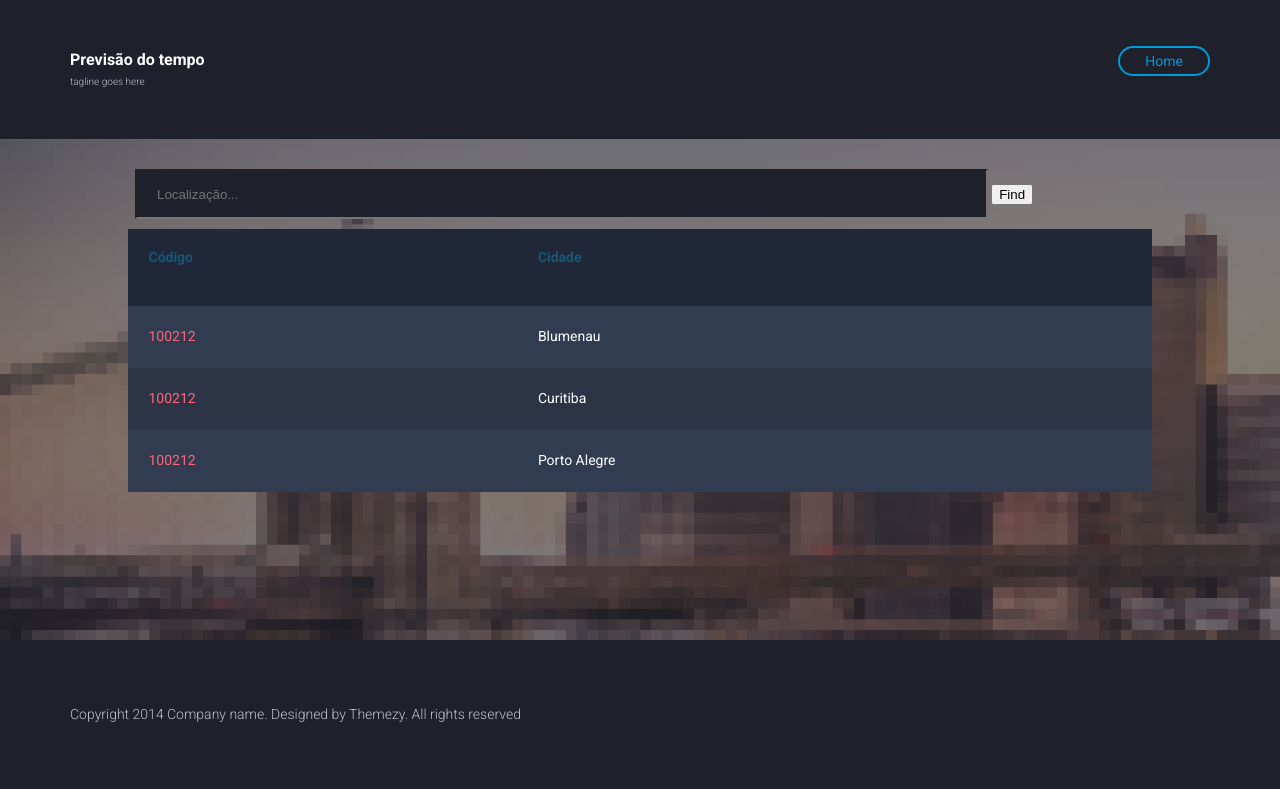
Repository: Evertonslv/previsao.tempo
Page: previsao.tempo/src/main/webapp/index.html
The author's editor kept a copy of each file at every save. The page is drawn from the files as they stood at one save, then again after the next save.
The browser window is 1280 px wide. The pictures show the whole page.
The page's requests for data from a server got no answer.

Above is the page before, as saved 2019-03-09 01:57:26.
Console error: TypeError: Cannot read properties of undefined (reading 'message')

### previsao.tempo/src/main/webapp/index.html
<!DOCTYPE html>
<html lang="pt">
<head>
	<meta charset="UTF-8">
	<meta http-equiv="X-UA-Compatible" content="IE=edge">
	<meta name="viewport" content="width=device-width, initial-scale=1.0,maximum-scale=1">

	<title>Previsão</title>

	<!-- Fontes -->
	<link href="http://fonts.googleapis.com/css?family=Roboto:300,400,700|" rel="stylesheet" type="text/css">

	<!-- CSS -->
	<link rel="stylesheet" href="cs/style.css">
</head>

<body>
	<div class="site-content">
		<div class="site-header">
			<div class="container">
				<a href="index.html" class="branding">
					<div class="logo-type">
						<h1 class="site-title">Previsão do tempo</h1>
						<small class="site-description">tagline goes here</small>
					</div>
				</a>

				<!-- Default snippet for navigation -->
				<div class="main-navigation">
					<button type="button" class="menu-toggle"><i class="fa fa-bars"></i></button>
					<ul class="menu">
						<li class="menu-item current-menu-item"><a href="index.html">Home</a></li>
					</ul> <!-- .menu -->
				</div> <!-- .main-navigation -->
			</div>
		</div> <!-- .site-header -->

		<div class="hero" data-bg-image="images/banner.png">
            <div class="container">
                <form action="#" class="find-location">
                    <input type="text" placeholder="Localização...">
                    <input type="submit" value="Find">
                </form>
            </div>


        <table class="grid">

            <thead>
                <tr>
                    <th><h1>Código</h1></th>
                    <th><h1>Cidade</h1></th>
                </tr>
            </thead>

            <tbody>

                <tr onclick="location.href = 'pages/previsao.html'" style="cursor: pointer;">
                    <td>100212</td>
                    <td>Blumenau</td>
                </tr>
                <tr onclick="location.href = 'pages/previsao.html'" style="cursor: pointer;">
                    <td>100212</td>
                    <td>Curitiba</td>
                </tr>
                <tr onclick="location.href = 'pages/previsao.html'" style="cursor: pointer;">
                    <td>100212</td>
                    <td>Porto Alegre</td>
                </tr>

            </tbody>

        </table>
</div>
		<footer class="site-footer">
			<div class="container">
				<p class="colophon">Copyright 2014 Company name. Designed by Themezy. All rights reserved</p>
			</div>
		</footer> <!-- .site-footer -->
	</div>

	<script src="js/jquery-1.11.1.min.js"></script>
	<script src="js/plugins.js"></script>
	<script src="js/app.js"></script>

</body>

</html>

### previsao.tempo/src/main/webapp/cs/style.css
body {
  margin: 0;
}

table {
  border-collapse: collapse;
  border-spacing: 0;
}

*,
*:before,
*:after {
  box-sizing: border-box;
}

html {
  font-size: 14px;
}

body {
  color: #bfc1c8;
  font-family: "Roboto", "Open Sans", sans-serif;
  font-size: 14px;
  font-weight: 300;
  line-height: 1.5;
}

h1,
h2,
h3,
h4,
h5,
h6 {
  font-weight: 700;
  margin: 0 0 20px;
  line-height: normal;
}

ul,
ol {
  margin: 0;
  padding-left: 0;
}

a {
  text-decoration: none;
  color: #009ad8;
}

.inputFind {
  outline: none;
  border: none;
  padding: 10px;
  border-radius: 10px;
}

.button,
form input[type="button"],
form button {
  border: none;
  background: #1e202b;
  padding: 10px 20px;
  border-radius: 10px;
  color: white;
  cursor: pointer
}

.container {
  margin-right: auto;
  margin-left: auto;
  padding-left: 15px;
  padding-right: 15px;
  *zoom: 1;
}
.container:after {
  content: " ";
  clear: both;
  display: block;
  overflow: hidden;
  height: 0;
}

@media (min-width: 768px) {
  .container {
    width: 750px;
  }
}
@media (min-width: 992px) {
  .container {
    width: 970px;
  }
}
@media (min-width: 1200px) {
  .container {
    width: 1170px;
  }
}

.container-fluid {
  margin-right: auto;
  margin-left: auto;
  padding-left: 15px;
  padding-right: 15px;
  *zoom: 1;
}
.container-fluid:after {
  content: " ";
  clear: both;
  display: block;
  overflow: hidden;
  height: 0;
}

.site-header {
  padding: 50px 0;
  background: #1e202b;
}

.site-header .branding {
  float: left;
}
.site-header .branding .logo,
.site-header .branding .logo-type {
  display: inline-block;
  vertical-align: middle;
}

.site-header .branding .logo {
  margin-right: 10px;
}

.site-header .branding .site-title {
  margin-bottom: 5px;
  font-size: 16px;
  font-size: 1.1428571429em;
  color: white;
}

.site-header .branding .site-description {
  font-size: 10px;
  font-size: 0.7142857143em;
  display: block;
  color: #bfc1c8;
}

.main-navigation {
  float: right;
}

.main-navigation .menu-toggle,
.main-navigation .menu {
  vertical-align: middle;
}

.main-navigation .menu-toggle {
  background: none;
  border: 2px solid transparent;
  color: white;
  padding: 20px;
  border-radius: 40px;
  -webkit-transition: 0.3s ease;
  transition: 0.3s ease;
  display: none;
  outline: none;
}

@media screen and (max-width: 990px) {
  .main-navigation .menu-toggle {
    display: inline-block;
  }
}

.main-navigation .menu-toggle:hover,
.main-navigation .menu-toggle:active {
  border-color: #009ad8;
  color: #009ad8;
}

.main-navigation .menu {
  list-style: none;
  display: inline-block;
  *zoom: 1;
}

.main-navigation .menu:after {
  content: " ";
  clear: both;
  display: block;
  overflow: hidden;
  height: 0;
}

@media screen and (max-width: 990px) {
  .main-navigation .menu {
    display: none;
  }
}

.main-navigation .menu .menu-item {
  float: left;
  margin-left: 10px;
}

.main-navigation .menu .menu-item a {
  padding: 5px 25px;
  border: 2px solid transparent;
  border-radius: 30px;
  color: white;
  -webkit-transition: 0.3s ease;
  transition: 0.3s ease;
  font-weight: 400;
}

.main-navigation .menu .menu-item.current-menu-item a,
.main-navigation .menu .menu-item:hover a {
  border-color: #009ad8;
  color: #009ad8;
}

.hero {
  background-size: cover;
  padding: 30px 0;
  min-height: 501px;
}

.forecast-container {
  width: 100%;
  background: #323544;
  display: table;
  table-layout: fixed;
  width: 100%;
  overflow: hidden;
  border-radius: 10px;
  margin-top: -471px;
  margin-bottom: 50px;
  color: white;
}

.forecast-container .forecast {
  display: table-cell;
  vertical-align: top;
}

.forecast-container .forecast:nth-child(even) {
  background-color: #262936;
}

@media screen and (max-width: 990px) {
  .forecast-container .forecast {
    display: block;
    width: 16.6667%;
    float: left;
  }
}

.forecast-container .forecast.today {
  width: 420px;
}

.forecast-container .forecast.today .forecast-header {
  *zoom: 1;
}

.forecast-container .forecast.today .forecast-header:after {
  content: " ";
  clear: both;
  display: block;
  overflow: hidden;
  height: 0;
}

.forecast-container .forecast.today .forecast-header .day {
  float: left;
}

.forecast-container .forecast.today .forecast-header .date {
  float: right;
}

.forecast-container .forecast.today .forecast-content {
  text-align: left;
  padding-top: 30px;
  padding-bottom: 30px;
}

.forecast-container .forecast.today .location {
  font-size: 18px;
  font-size: 1.2857142857em;
  font-weight: 400;
}

.forecast-container .forecast.today .degree .num,
.forecast-container .forecast.today .degree .forecast-icon {
  display: inline-block;
  vertical-align: middle;
}

.forecast-container .forecast.today .degree .num {
  font-size: 90px;
  font-size: 6.4285714286rem;
  margin-right: 30px;
}

.forecast-container .forecast.today span {
  margin-right: 20px;
}

.forecast-container .forecast.today span img {
  margin-right: 5px;
  vertical-align: middle;
}

@media screen and (max-width: 990px) {
  .forecast-container .forecast.today {
    display: block;
    width: 100%;
  }
}

.forecast-container .forecast .forecast-header {
  background: rgba(0, 0, 0, 0.1);
  padding: 10px;
  text-align: center;
  font-weight: 400;
}

.forecast-container .forecast .forecast-icon {
  height: 50px;
}

.forecast-container .forecast .forecast-content {
  padding: 50px 20px 10px;
  text-align: center;
}

.forecast-container .forecast .forecast-content .forecast-icon {
  margin-bottom: 20px;
}

.forecast-container .forecast .forecast-content .degree {
  font-size: 24px;
  font-size: 1.7142857143em;
  color: white;
  font-weight: 700;
}

.forecast-container .forecast .forecast-content small {
  font-size: 16px;
  font-size: 1.1428571429em;
}

.site-footer {
  padding: 50px 0;
  background: #1e202b;
}

.grid th h1 {
  font-weight: bold;
  font-size: 1em;
  text-align: left;
  color: #185875;
}
.grid td {
  font-weight: normal;
  font-size: 1em;
  -webkit-box-shadow: 0 2px 2px -2px #0e1119;
  -moz-box-shadow: 0 2px 2px -2px #0e1119;
  box-shadow: 0 2px 2px -2px #0e1119;
}

.grid {
  text-align: left;
  overflow: hidden;
  width: 80%;
  margin: 0 auto;
  display: table;
  padding: 0 0 8em 0;
}

.grid td,
.grid th {
  padding-bottom: 2%;
  padding-top: 2%;
  padding-left: 2%;
}

.grid tr:nth-child(odd) {
  background-color: #323c50;
}

.grid tr:nth-child(even) {
  background-color: #2c3446;
}

.grid th {
  background-color: #1f2739;
}

.grid td:first-child {
  color: #fb667a;
}

.grid td:last-child {
  color: white;
}

@media (max-width: 800px) {
  .grid td:nth-child(4),
  .grid th:nth-child(4) {
    display: none;
  }
}

.find-location {
  position: relative;
  margin-bottom: 10px;
  width: 88%;
  margin-left: 65px;
}

.find-location input[type="text"] {
  width: 85%;
  height: 50px;
  padding: 20px 50px 20px 20px;
  background: #1e202b;
  color: white;
}

.find-location input[type="button"] {
  position: absolute;
  top: 0px;
  right: -3px;
  bottom: 0px;
  padding: 0 20px;
}

### previsao.tempo/src/main/webapp/js/plugins.js
+function(){

	/* Data background image generator */
	var elBgImg = "[data-bg-image]";

	$(elBgImg).each(function(){
		var image = $(this).data("bg-image");
		$(this).css("background-image", "url("+image+")");
	});

}(jQuery);

### previsao.tempo/src/main/webapp/js/app.js
var listCity = [];

$(document).ready(function() {

	$(".inputFind").keyup(function() {
    filterCity();
  });

	if(location.href.indexOf("previsao") == -1) {
		getCity();
	} else {
		getCityByCode(getCodeUrl());
	}
});

function insertCity() {

	var nameCity = $('#nameCity').val();
	var infoCity = getCityByName(nameCity);

	if(typeof infoCity !== "undefined") {

		$.ajax({
			url: "city",
			type: "POST",
			data: {"namecity": infoCity.name, "codecity": infoCity.id},
			dataType: "json",
			success: function(jsonCity){
				var newRow = $("<tr>");
				newRow.append(getContentTableCity(jsonCity));
				$("#tableCity").append(newRow);
			},
			error: function (jqXHR, textStatus, errorThrown) {
				alert(jqXHR.responseJSON.message);
			}
		});
	}

	$('#nameCity').val("");

}

function getCity() {

	$.ajax({
		url: "city",
		type: "GET",
		dataType: "json",
		success: function(jsonCity){
			listCity = jsonCity;
			filterCity()
		},
		error: function (jqXHR, textStatus, errorThrown) {
			alert(jqXHR.responseJSON.message);
		}
	});

}

function getCityByCode(id) {

	if(id > 0) {
		var info;

		$.ajax({
			url: "http://api.openweathermap.org/data/2.5/forecast?id=" + id + "&units=metric&appid=eb8b1a9405e659b2ffc78f0a520b1a46",
			type: "GET",
			dataType: "json",
			async: false,
			success: function(jsonCity){

				var info = [];
				var index = 0;
				var dateControl;
				var hourControl = formatDataTimeToTime(jsonCity.list[0].dt_txt)

				if(jsonCity != null) {
					for (i in jsonCity.list) {
						if(dateControl !== formatDataTimeToDate(jsonCity.list[i].dt_txt) &&
							hourControl == formatDataTimeToTime(jsonCity.list[i].dt_txt)) {

							info[index++] = jsonCity.list[i];
							dateControl = formatDataTimeToDate(jsonCity.list[i].dt_txt);
						}
					}

					mountForecast(info, jsonCity.city.name);
				}
			},
			error: function (jqXHR, textStatus, errorThrown) {
				alert(jqXHR.responseJSON.message);
			}
		});

		return info;
	}
}

function getCityByName(name){

	if (name != ''){
		var info;

		$.ajax({
			url: "http://api.openweathermap.org/data/2.5/weather?q=" + name + "&units=metric&appid=eb8b1a9405e659b2ffc78f0a520b1a46",
			type: "GET",
			dataType: "json",
			async: false,
			success: function(data){
				info = data;
			},
			error: function (jqXHR, textStatus, errorThrown) {
				alert("Cidade inválida!");
			}
		});

		return info;
	}else{
	  alert('Cidade não preenchida!');
	}

}

function getContentTableCity(jsonCity) {

	var contentHtml = "";

	if(jsonCity != null) {
		for (i in jsonCity) {
			contentHtml += "<tr onclick=\"location.href = 'pages/previsao.html?code="+ jsonCity[i].code + "'\" style=\"cursor: pointer;\">";
			contentHtml += "  <td>" + jsonCity[i].code + "</td>";
			contentHtml += "  <td>" + jsonCity[i].name + "</td>";
			contentHtml += "</tr>";
		}
	}

	return contentHtml;
}

function mountForecast(forecast, nameCity) {

	if(forecast != null) {

		var contentHtml = "";

		for (i in forecast) {

			if(i == 0){
				contentHtml += '<div class="today forecast">';
				contentHtml += '        <div class="forecast-header">';
				contentHtml += '            <div class="day">'+getDayWeek(formatDataTimeToDate(forecast[i].dt_txt))+'</div>';
				contentHtml += '            <div class="date">'+getDateExtenso(formatDataTimeToDate(forecast[i].dt_txt))+'</div>';
				contentHtml += '        </div>';
				contentHtml += '        <div class="forecast-content">';
				contentHtml += '            <div class="location">'+nameCity+'</div>';
				contentHtml += '            <div class="degree">';
				contentHtml += '                <div class="num">'+Math.ceil(forecast[i].main.temp)+'<sup>o</sup>C</div>';
				contentHtml += '                <div class="forecast-icon">';
				contentHtml += '                    <img src="../images/icons/'+forecast[i].weather[0].icon+'.png" alt="" width=90>';
				contentHtml += '                </div>';
				contentHtml += '            </div>';
				contentHtml += '            <span><img src="../images/icon-umberella.png" alt="">'+forecast[i].main.humidity+'%</span>';
				contentHtml += '            <span><img src="../images/icon-wind.png" alt="">'+convertMsToKmh(forecast[i].wind.speed)+'km/h</span>';
				contentHtml += '        </div>';
				contentHtml += '    </div>';
			} else {
				contentHtml += '<div class="forecast">';
				contentHtml += '	<div class="forecast-header">';
				contentHtml += '		<div class="day">'+getDayWeek(formatDataTimeToDate(forecast[i].dt_txt))+'</div>';
				contentHtml += '	</div>';
				contentHtml += '	<div class="forecast-content">';
				contentHtml += '		<div class="forecast-icon">';
				contentHtml += '			<img src="../images/icons/'+forecast[i].weather[0].icon+'.png" alt="" width=48>';
				contentHtml += '		</div>';
				contentHtml += '		<div class="degree">'+Math.ceil(forecast[i].main.temp_max)+'<sup>o</sup>C</div>';
				contentHtml += '		<small>'+Math.ceil(forecast[i].main.temp_min)+'<sup>o</sup></small><br>';
				contentHtml += '    <span><img src="../images/icon-umberella.png" alt="" width=15> '+forecast[i].main.humidity+'%</span>';
				contentHtml += '    <span><img src="../images/icon-wind.png" alt="" width=15> '+convertMsToKmh(forecast[i].wind.speed)+'km/h</span>';
				contentHtml += '	</div>';
				contentHtml += '</div>';
			}
		}

		$(".forecast-container").html(contentHtml);
	}

}

function filterCity() {
  var novaLista = [];
  var indexControle = 0;
	var valor = $(".inputFind").val().toUpperCase();
	var t = listCity[0].code.toString();
	var c = listCity[0].code.toString().indexOf(valor);

  if (valor !== "") {
    for (i in listCity) {
      if (listCity[i].name.toUpperCase().indexOf(valor) >= 0 || listCity[i].code.toString().indexOf(valor) >= 0) {
        novaLista[indexControle++] = listCity[i];
      }
    }
  } else {
    novaLista = listCity;
  }

  $("#tableCity").html(getContentTableCity(novaLista));
}

### previsao.tempo/src/main/webapp/cs/modal.css
#cityModal {
    top: 0;
		right: 0;
		bottom: 0;
		left: 0;
		position: fixed;
		background-color: rgba(0, 0, 0, 0.6);
		z-index: 99999999;
		display: none;
}

#my_modal {
        display: block;
		width: 85%; max-width: 600px;
		background: #fff; padding: 15px;
		border-radius: 5px;
		-webkit-box-shadow: 0px 6px 14px -2px rgba(0,0,0,0.75);
		-moz-box-shadow: 0px 6px 14px -2px rgba(0,0,0,0.75);
		box-shadow: 0px 6px 14px -2px rgba(0,0,0,0.75);
		position: fixed;
		top: 50%; left: 50%;
		transform: translate(-50%,-50%);
		z-index: 99999999;
}

### previsao.tempo/src/main/webapp/js/commun.js
$("#openModal").click(function(){ $("#cityModal").fadeIn(); });
$("#cityModal, .close").click(function(){ $("#cityModal").hide(); });
$("#my_modal").click(function(e){ e.stopPropagation(); });

function getValorUrl(url, campo) {
    var urlFormat = url.replace(/\?|\&/g, "\r\n").trim();
    var listaValUrl = urlFormat.split("\n");

    for (var i = 0; i < listaValUrl.length; i++) {
      var valor = listaValUrl[i].split("=");

      if (valor[0].trim() == campo.trim()) {
        return valor[1];
      }
    }

    return "";
}

function getCodeUrl() {
    return getValorUrl(location.search, "code");
}

function formatDataTimeToDate(dateTime) {
    date = dateTime.split(/\s+/g).shift().split("-");
    var year = date[0];
    var month = date[1];
    var day = date[2];

    return day + "-" + month + "-" + year;
}

function formatDataTimeToTime(dateTime) {
    tempo = dateTime.split(/\s+/g).pop().split(":");
    var hour = tempo[0];
    var minute = tempo[1];
    var second = tempo[2];

    return hour + ":" + minute + ":" + second;
}

function convertKelvinToCelsius(value) {
    return Math.ceil(value - 273.15);
}

// Converte m/s para k/h
function convertMsToKmh(value) {
    return Math.ceil(value * 3.6);
}

function getDayWeek(dateValue) {
    var week = ["Domingo", "Segunda-Feira", "Terça-Feira", "Quarta-Feira", "Quinta-Feira", "Sexta-Feira", "Sábado"];
    var arr = dateValue.split("-").reverse();
    var date = new Date(arr[0], arr[1] - 1, arr[2]);
    var day = date.getDay();

    return week[day];
}

function getDateExtenso(dateValue) {

    var arr = dateValue.split("-").reverse();
    var date = new Date(arr[0], arr[1] - 1, arr[2]);
    var day = date.getDate();
    var month = ["Janeiro", "Fevereiro", "Março", "Abril", "Maio", "Junho", "Julho", "Agosto", "Setembro", "Outubro", "Novembro", "Dezembro"][date.getMonth()];

    return day + ' de ' + month;
  }

Loaded but not shown: previsao.tempo/src/main/webapp/js/jquery-1.11.1.min.js (library)

After the next save:
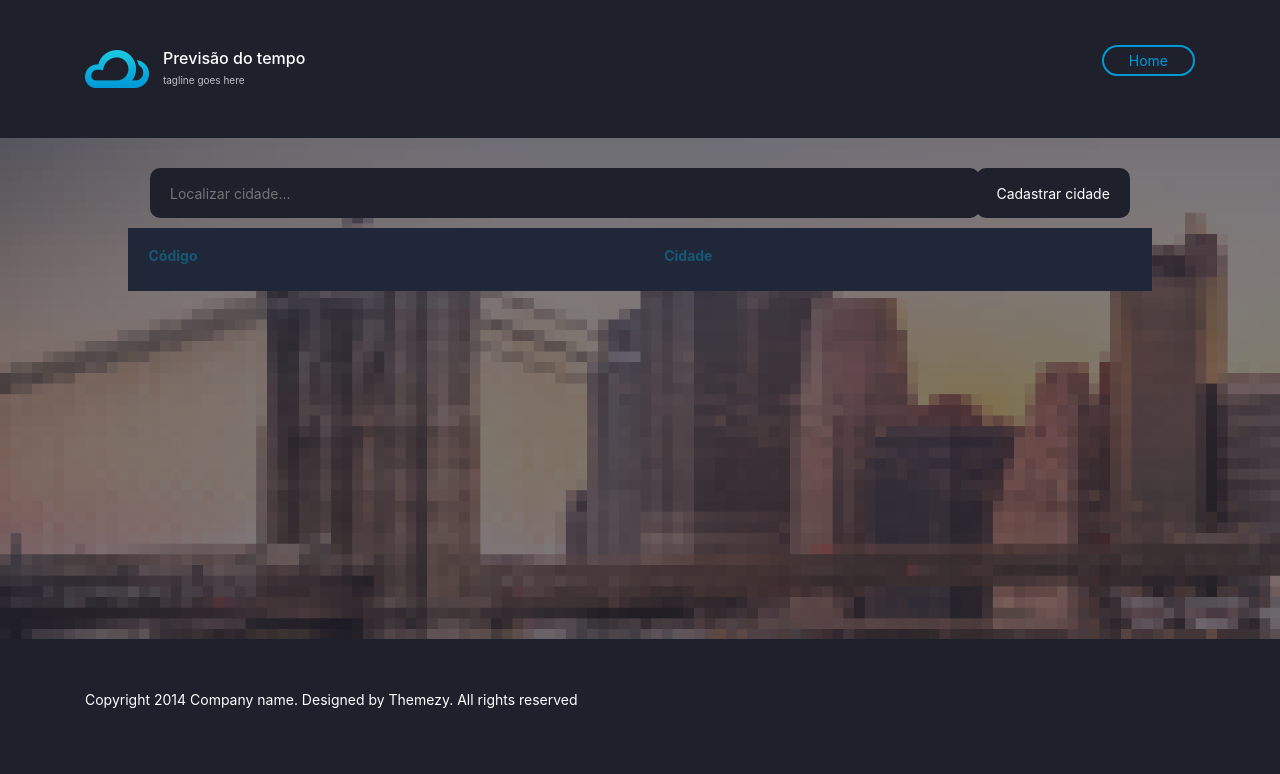
Saved 2 min 53 s later.
--- a/previsao.tempo/src/main/webapp/index.html
+++ b/previsao.tempo/src/main/webapp/index.html
@@ -1,88 +1,94 @@
 <!DOCTYPE html>
 <html lang="pt">
-<head>
-	<meta charset="UTF-8">
-	<meta http-equiv="X-UA-Compatible" content="IE=edge">
-	<meta name="viewport" content="width=device-width, initial-scale=1.0,maximum-scale=1">
+  <head>
+    <meta charset="UTF-8" />
+    <meta http-equiv="X-UA-Compatible" content="IE=edge" />
+    <meta name="viewport" content="width=device-width, initial-scale=1.0,maximum-scale=1" />
 
-	<title>Previsão</title>
+    <title>Previsão do tempo</title>
 
-	<!-- Fontes -->
-	<link href="http://fonts.googleapis.com/css?family=Roboto:300,400,700|" rel="stylesheet" type="text/css">
+    <link href="http://fonts.googleapis.com/css?family=Roboto:300,400,700|" rel="stylesheet" type="text/css" />
+    <link rel="stylesheet" href="cs/style.css" />
+    <link rel="stylesheet" href="cs/modal.css" />
+    <link rel="stylesheet" href="https://maxcdn.bootstrapcdn.com/bootstrap/4.0.0-beta/css/bootstrap.min.css" integrity="sha384-/Y6pD6FV/Vv2HJnA6t+vslU6fwYXjCFtcEpHbNJ0lyAFsXTsjBbfaDjzALeQsN6M" crossorigin="anonymous">
 
-	<!-- CSS -->
-	<link rel="stylesheet" href="cs/style.css">
-</head>
+  </head>
 
-<body>
-	<div class="site-content">
-		<div class="site-header">
-			<div class="container">
-				<a href="index.html" class="branding">
-					<div class="logo-type">
-						<h1 class="site-title">Previsão do tempo</h1>
-						<small class="site-description">tagline goes here</small>
-					</div>
-				</a>
+  <body>
+    <div class="site-content">
+      <div class="site-header">
+        <div class="container">
+          <a href="index.html" class="branding">
+            <img src="images/logo.png" alt="" class="logo">
+            <div class="logo-type">
+              <h1 class="site-title">Previsão do tempo</h1>
+              <small class="site-description">tagline goes here</small>
+            </div>
+          </a>
 
-				<!-- Default snippet for navigation -->
-				<div class="main-navigation">
-					<button type="button" class="menu-toggle"><i class="fa fa-bars"></i></button>
-					<ul class="menu">
-						<li class="menu-item current-menu-item"><a href="index.html">Home</a></li>
-					</ul> <!-- .menu -->
-				</div> <!-- .main-navigation -->
-			</div>
-		</div> <!-- .site-header -->
+          <div class="main-navigation">
+            <button type="button" class="menu-toggle">
+              <i class="fa fa-bars"></i>
+            </button>
+            <ul class="menu">
+              <li class="menu-item current-menu-item">
+                <a href="index.html">Home</a>
+              </li>
+            </ul>
+          </div>
+        </div>
+      </div>
 
-		<div class="hero" data-bg-image="images/banner.png">
-            <div class="container">
-                <form action="#" class="find-location">
-                    <input type="text" placeholder="Localização...">
-                    <input type="submit" value="Find">
-                </form>
-            </div>
-
+      <div class="hero" data-bg-image="images/banner.png">
+        <div class="container">
+          <form action="#" class="find-location">
+            <input class="inputFind" type="text" placeholder="Localizar cidade..." />
+            <input type="button" id="openModal" value="Cadastrar cidade"/>
+          </form>
+        </div>
 
         <table class="grid">
+          <thead>
+            <tr>
+              <th><h1>Código</h1></th>
+              <th><h1>Cidade</h1></th>
+            </tr>
+          </thead>
 
-            <thead>
-                <tr>
-                    <th><h1>Código</h1></th>
-                    <th><h1>Cidade</h1></th>
-                </tr>
-            </thead>
-
-            <tbody>
-
-                <tr onclick="location.href = 'pages/previsao.html'" style="cursor: pointer;">
-                    <td>100212</td>
-                    <td>Blumenau</td>
-                </tr>
-                <tr onclick="location.href = 'pages/previsao.html'" style="cursor: pointer;">
-                    <td>100212</td>
-                    <td>Curitiba</td>
-                </tr>
-                <tr onclick="location.href = 'pages/previsao.html'" style="cursor: pointer;">
-                    <td>100212</td>
-                    <td>Porto Alegre</td>
-                </tr>
-
-            </tbody>
+          <tbody id="tableCity"></tbody>
 
         </table>
-</div>
-		<footer class="site-footer">
-			<div class="container">
-				<p class="colophon">Copyright 2014 Company name. Designed by Themezy. All rights reserved</p>
-			</div>
-		</footer> <!-- .site-footer -->
-	</div>
+      </div>
+      <footer class="site-footer">
+        <div class="container">
+          <p class="colophon" style="color: white;">
+            Copyright 2014 Company name. Designed by Themezy. All rights reserved
+          </p>
+        </div>
+      </footer>
 
-	<script src="js/jquery-1.11.1.min.js"></script>
-	<script src="js/plugins.js"></script>
-	<script src="js/app.js"></script>
+    </div>
 
-</body>
+    <div id="cityModal">
+      <div id="my_modal">
+        <h5>Cadastrar cidade</h5>
+        <form>
+          <div class="form-group">
+            <input name="nameCity" id="nameCity" style="max-width: 55%; float: left;" class="form-control" placeholder="Cidade" />
+            <button style="float: left; margin-left: 15px;" type="submit" class="btn btn-secondary" onclick="insertCity()">
+              Salvar
+            </button>
+          </div>
+          <label class="close" style="top: 5px; right: 10px; position: absolute; cursor: pointer;">
+            <span>&times;</span>
+          </label>
+        </form>
+      </div>
+    </div>
 
+    <script src="js/jquery-1.11.1.min.js"></script>
+    <script src="js/plugins.js"></script>
+    <script src="js/app.js"></script>
+    <script src="js/commun.js"></script>
+  </body>
 </html>
